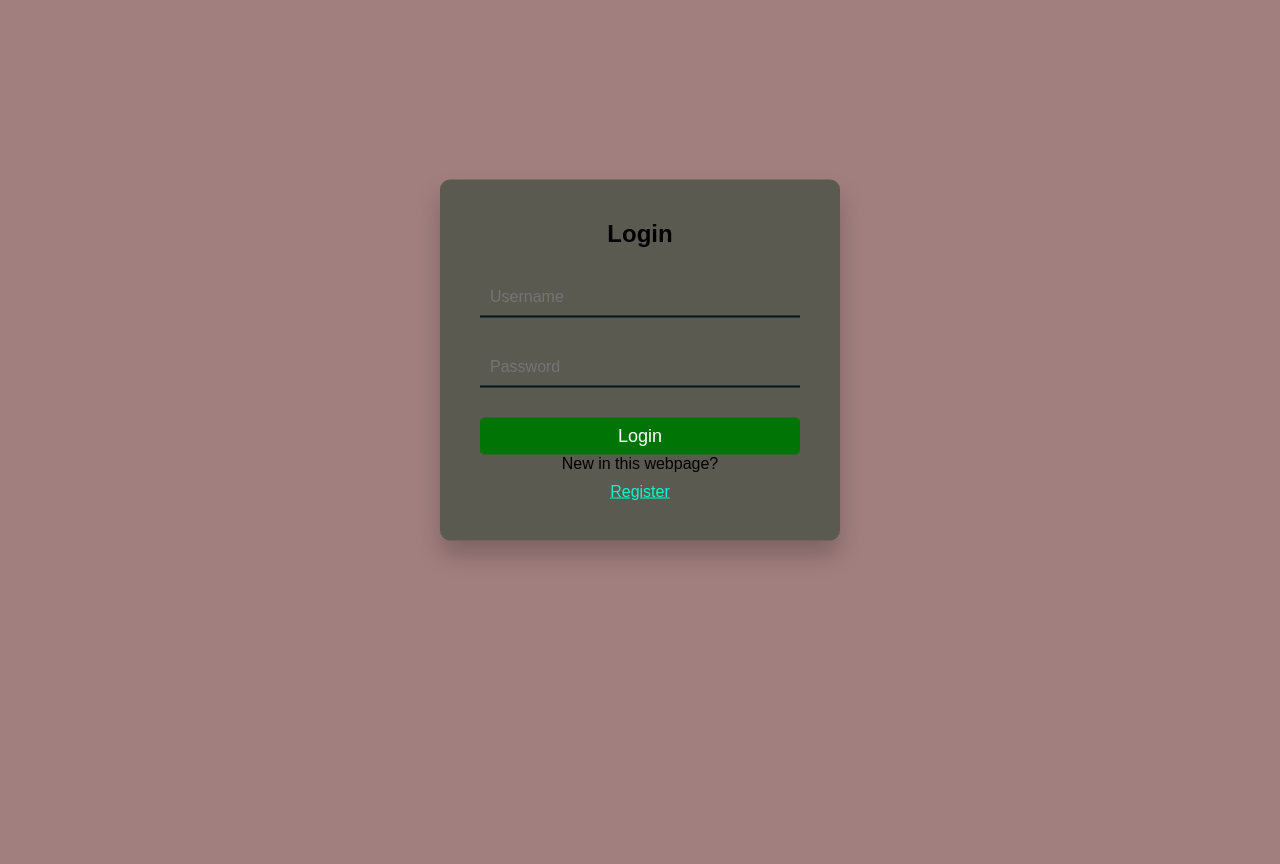
Repository: SRBshakib/Safe-Food---DBMS-project
Page: Organaization/login.html
These files come from the project's save history. The page is drawn as it stood at one moment and after the next save; the edit follows.
The browser window is 1280 px wide. The pictures show the whole page.

Above is the page before, as saved 2024-11-10 22:08:35.

### Organaization/login.html
<!DOCTYPE html>
<html lang="en">
<head>
    <meta charset="UTF-8">
    <meta name="viewport" content="width=device-width, initial-scale=1.0">
    <title>Welcome to our organization</title>
    <link rel="stylesheet" href="style_login.css"> <!-- Link to the CSS file -->
</head>
<body>
    <div class="login-box">
        <h2>Login</h2>
        <form>
            <div class="textbox">
                <input type="text" placeholder="Username" required>
            </div>
            <div class="textbox">
                <input type="password" placeholder="Password" required>
            </div>
            <button type="submit" class="btn">Login</button>
            <p>New in this webpage?</p>
            <p class="register">Register</p>
        </form>
    </div>
</body>
</html>

### Organaization/style_login.css

*{

    margin: 0;
    padding: 0;
    box-sizing: border-box;
    font-family: Arial, sans-serif;
}

body {
    display: flex;
    justify-content: center;
    align-items: center;
    height: 120vh;
    background-color: #46000080;
    color: rgb(0, 0, 0);
}

.login-box {
    position: absolute;
    top: 50%;
    left: 50%;
    width: 400px;
    padding: 40px;
    transform: translate(-50%, -50%);
    background: rgba(0, 44, 22, 0.445);
    box-shadow: 0 15px 25px rgba(0, 0, 0, 0.219);
    border-radius: 10px;
    text-align: center;
}

.login-box h2 {
    margin-bottom: 30px;
}

.textbox {
    position: relative;
    margin-bottom: 30px;
    border-bottom: 2px solid #001920;
}

.textbox input {
    width: 100%;
    padding: 10px;
    font-size: 16px;
    background: none;
    border: none;
    outline: none;
    color: #ffffff;
}

.btn {
    display: inline-block;
    width: 100%;
    padding: 8px;
    background: #007404;
    border: none;
    outline: none;
    color: #fff;
    font-size: 18px;
    cursor: pointer;
    border-radius: 5px;
    transition: background 0.3s, box-shadow 0.3s;
}

.btn:hover {
    background: #00eeff;
    box-shadow: 0 0 10px #00b7ff, 0 0 20px #008cff, 0 0 30px #00ffcc;
}

.register {
    color: #00ffcc;
    cursor: pointer;
    margin-top: 10px;
    text-decoration: underline;
}

After the next save:
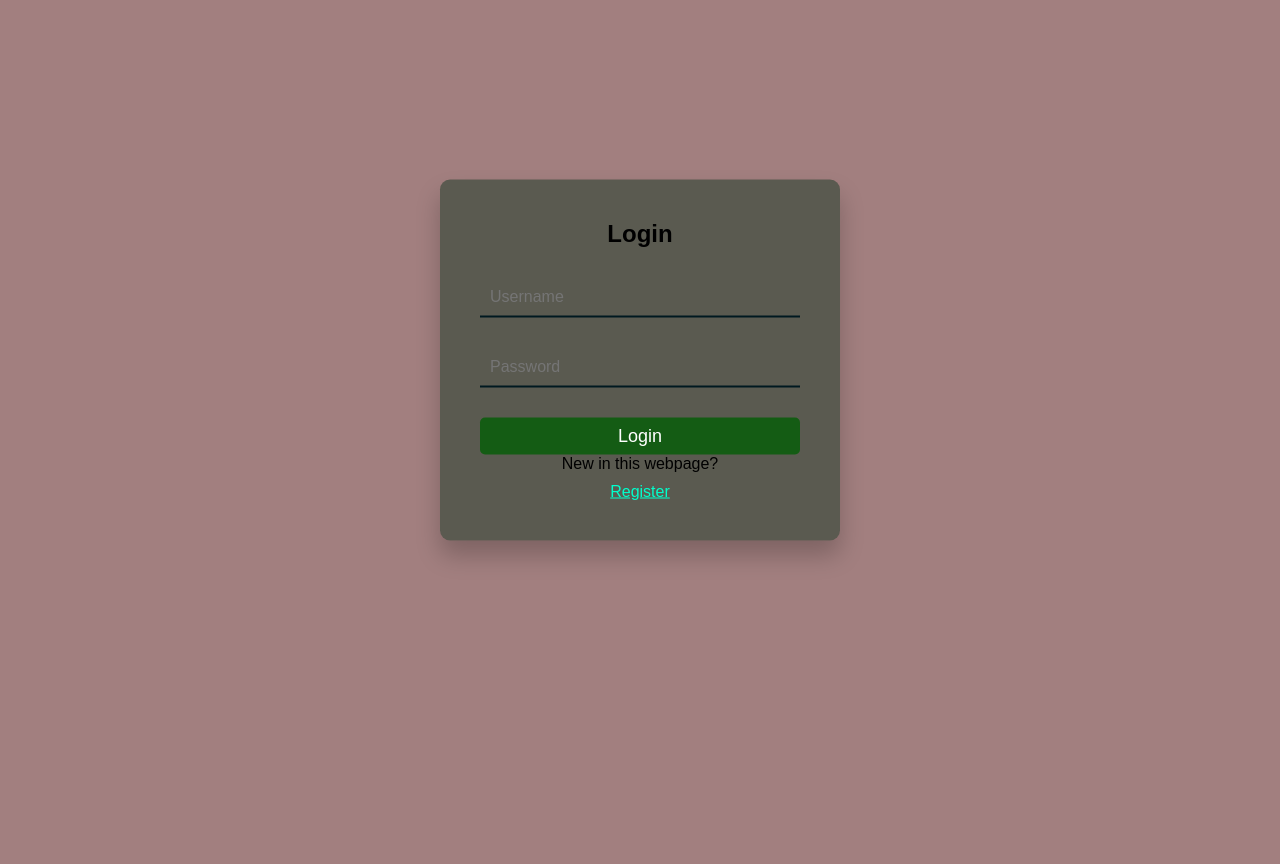
Saved 19 s later.
--- a/Organaization/style_login.css
+++ b/Organaization/style_login.css
@@ -53,7 +53,7 @@ body {
     display: inline-block;
     width: 100%;
     padding: 8px;
-    background: #007404;
+    background: #005e03c5;
     border: none;
     outline: none;
     color: #fff;
